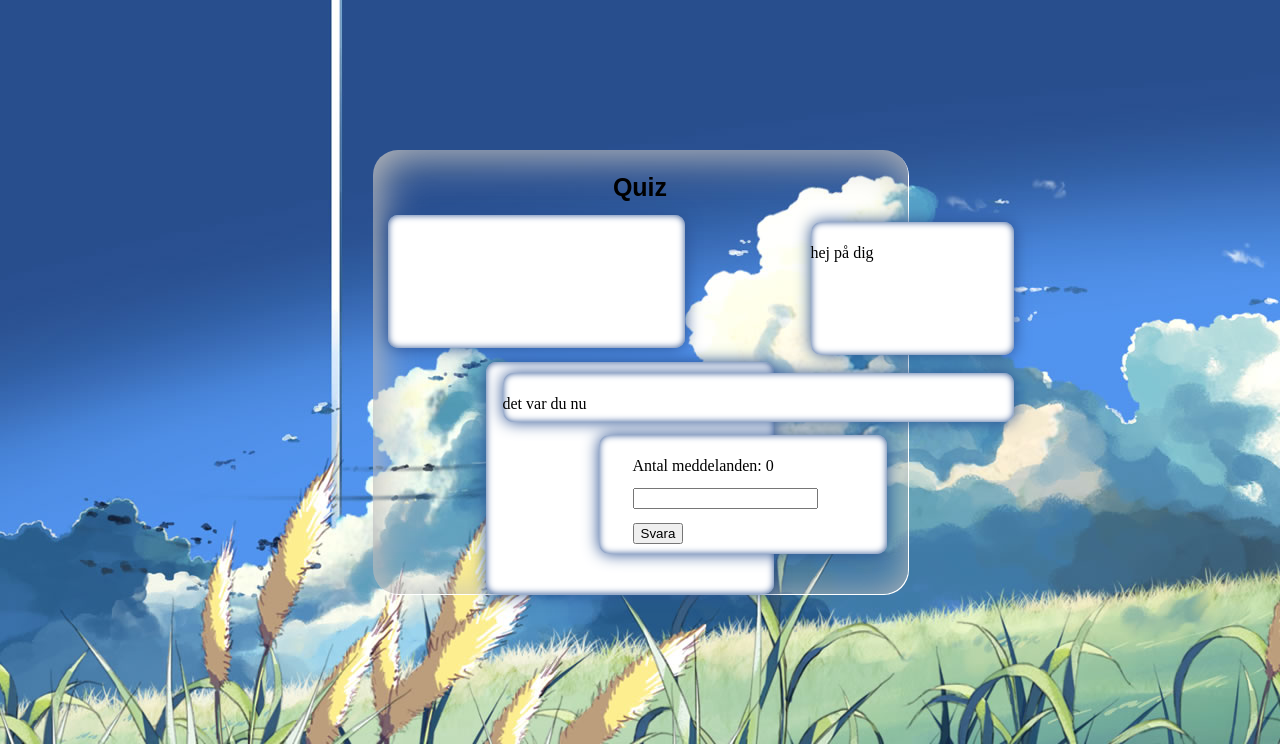
Repository: Marco30/1dv403-laborationer
Page: 4-thequiz/index.html
The author's editor kept a record of every edit. The page is drawn from the files as they stood at one moment, then again after the next edit.
The browser window is 1280 px wide. The pictures show the whole page.
The page's requests for data from a server got no answer.

Above is the page before.

After the next edit:
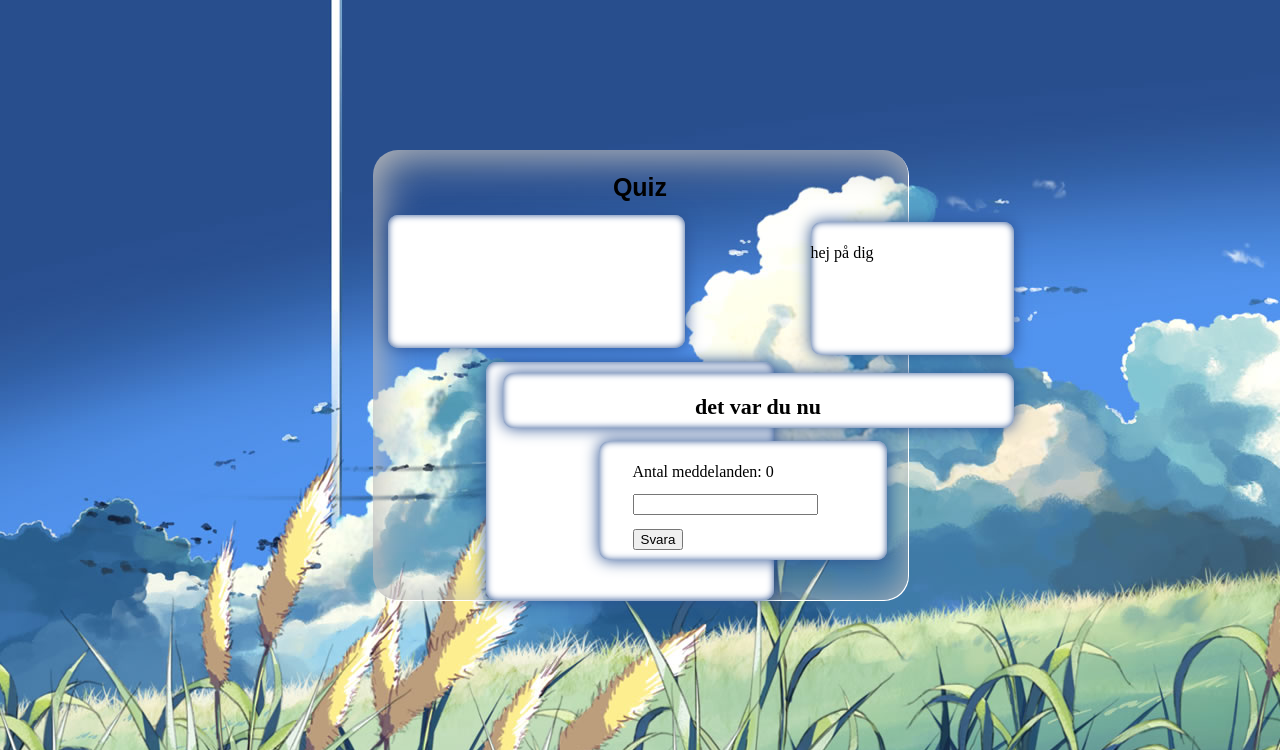
The edit:
--- a/4-thequiz/css/style.css
+++ b/4-thequiz/css/style.css
@@ -167,6 +167,10 @@
 word-wrap: break-word;
 border-radius: 10px;
 box-shadow: 0px 0px 7px 0px #2A5091 inset, 0px 0px 16px 0px #2A5091;
+
+font-size: 22px;
+text-align: center;
+font-weight: bold;
 }
 
 #svar
